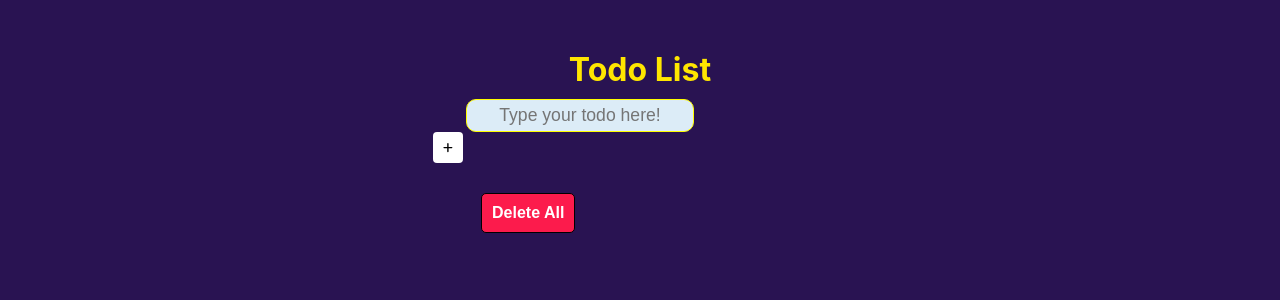
Repository: badhon252/todo-app
Page: /
The author's editor kept a copy of each file at every save. The page is drawn from the files as they stood at one save, then again after the next save.
The browser window is 1280 px wide. The pictures show the whole page.
The project was rebuilt for these pictures with package versions that can differ from the ones it lists, and the page was loaded fresh each time.

Above is the page before, as saved 2022-01-26 22:27:19.

### public/index.html
<!DOCTYPE html>
<html lang="en">

<head>
  <meta charset="utf-8" />
  <link rel="icon" href="%PUBLIC_URL%/favicon.ico" />
  <meta name="viewport" content="width=device-width, initial-scale=1" />
  <meta name="theme-color" content="#000000" />
  <meta name="description" content="Web site created using create-react-app" />
  <link rel="apple-touch-icon" href="%PUBLIC_URL%/logo192.png" />

  <link rel="manifest" href="%PUBLIC_URL%/manifest.json" />

  <link rel="stylesheet" href="https://cdnjs.cloudflare.com/ajax/libs/font-awesome/5.15.4/css/all.min.css"
    integrity="sha512-1ycn6IcaQQ40/MKBW2W4Rhis/DbILU74C1vSrLJxCq57o941Ym01SwNsOMqvEBFlcgUa6xLiPY/NS5R+E6ztJQ=="
    crossorigin="anonymous" referrerpolicy="no-referrer" />
  <title>React App</title>
</head>

<body>
  <noscript>You need to enable JavaScript to run this app.</noscript>
  <div id="root"></div>
  <!--
      This HTML file is a template.
      If you open it directly in the browser, you will see an empty page.

      You can add webfonts, meta tags, or analytics to this file.
      The build step will place the bundled scripts into the <body> tag.

      To begin the development, run `npm start` or `yarn start`.
      To create a production bundle, use `npm run build` or `yarn build`.
    -->
</body>

</html>

### src/App.js
import Todo from "./components/Todo";

function App() {
  return (
    <div className="App">
      <Todo />
    </div>
  );
}

export default App;

### src/components/Todo.js
import React, { useState, useEffect } from "react";
import { FontAwesomeIcon } from "@fortawesome/react-fontawesome";
import { faPlus, faTrash, faEdit } from "@fortawesome/free-solid-svg-icons";
import "../Styles/style.css";

const getLocalData = () => {
  const lists = localStorage.getItem("myTodoLists");

  if (lists) {
    return JSON.parse(lists);
  } else {
    return [];
  }
};

const Todo = () => {
  const [inputItems, setInputItems] = useState("");
  const [todo, setTodo] = useState(getLocalData());
  const [isEditItem, setIsEditItem] = useState("");
  const [toggleButton, setToggleButton] = useState(false);
  //   Adding Items ============
  const addItems = () => {
    if (!inputItems) {
      alert("Your input field is blank!!");
    } else if (inputItems && toggleButton) {
      setTodo(
        todo.map((curElem) => {
          if (curElem.id === isEditItem) {
            return { ...curElem, name: inputItems };
          }
          return curElem;
        })
      );
      setInputItems("");
      setIsEditItem(null);
      setToggleButton(false);
    } else {
      const myNewInput = {
        id: new Date().getTime().toString(),
        name: inputItems,
      };
      setTodo((e) => [...todo, myNewInput]);
      setInputItems("");
    }
  };

  //   edit items =======
  const editItem = (index) => {
    const itemTodoEdited = todo.find((curElem) => {
      return curElem.id === index;
    });
    setInputItems(itemTodoEdited.name);
    setIsEditItem(index);
    setToggleButton(true);
  };

  //   Deleting items ==========

  const handleDelete = (index) => {
    const updateItems = todo.filter((current) => {
      return current.id !== index;
    });
    setTodo(updateItems);
  };

  useEffect(() => {
    localStorage.setItem("myTodoLists", JSON.stringify(todo));
  }, [todo]);

  return (
    <div className="main-div">
      <h1>Todo List</h1>
      <div className="inputs">
        <input
          type="text"
          name=""
          id="input-box"
          placeholder="Type your todo here!"
          value={inputItems}
          onChange={(e) => setInputItems(e.target.value)}
        />
        <div className="icons">
          {toggleButton ? (
            <FontAwesomeIcon
              icon={faEdit}
              className="add-btn edit"
              onClick={addItems}
            />
          ) : (
            <FontAwesomeIcon
              icon={faPlus}
              className="add-btn"
              onClick={addItems}
            />
          )}
        </div>

        {/* <button type="submit" className="add-btn" onClick={addItems}>
          Add
        </button> */}
      </div>
      {/* showing items =============== */}
      <div className="show-items">
        {todo.map((currentItems) => {
          return (
            <div key={currentItems.id}>
              <li className="todo-item">
                {currentItems.name}
                <FontAwesomeIcon
                  icon={faEdit}
                  className="icon edit"
                  onClick={() => editItem(currentItems.id)}
                />
                <FontAwesomeIcon
                  icon={faTrash}
                  className="icon delete"
                  onClick={() => handleDelete(currentItems.id)}
                />
              </li>
            </div>
          );
        })}
        <input
          type="button"
          value="Delete All"
          className="delete-all"
          onClick={() => setTodo([])}
        />
      </div>
    </div>
  );
};

export default Todo;

### src/Styles/style.css
* {
  margin: 0;
  padding: 0;
  background-color: #291352;
}

.main-div {
  padding-top: 50px;
  margin: auto;
  /* text-align: center; */
  width: 23rem;
}
h1 {
  color: #ffe600;
  text-align: center;
}
#input-box {
  color: #000000;
  padding: 5px 0;
  font-size: 1.1rem;
  border: 1px solid yellow;
  background-color: #dcecf7;
  border-radius: 10px;
  text-align: center;
}
.inputs {
  margin: 10px;
}

.add-btn {
  padding: 10px;
  background-color: rgb(255, 255, 255);
  color: rgb(0, 0, 0);
  /* border: 1px solid rgb(0, 0, 0); */
  font-weight: bolder;
  font-size: 0.7rem;
  border-radius: 4px;
  cursor: pointer;
  margin: 0 0 -8px -33px;
}

.icon {
  margin: 0 10px;
  border-radius: 5px;
  cursor: pointer;
  text-align: right;
  /* background-color: rgb(0, 255, 34); */
  /* color: rgb(0, 0, 0); */
  /* border: 1px solid black; */
  /* font-weight: 700; */
}
.todo-item {
  /* background-color: #5b0080; */
  padding: 5px;
  color: white;
  font-size: 20px;
  font-weight: 700;
}

.delete {
  color: red;
}
.edit {
  color: rgb(0, 255, 0);
}

.delete-all {
  background-color: rgb(252, 27, 76);
  color: rgb(255, 255, 255);
  font-weight: 600;
  border: 1px solid black;
  border-radius: 5px;
  font-size: 1rem;
  padding: 10px;
  margin: 25px;
  cursor: pointer;
}
li {
  background-color: #5f00cc;
  margin: 2px;
}

Loaded but not shown: src/index.js (common file); src/index.css (common file); src/reportWebVitals.js (common file)

After the next save:
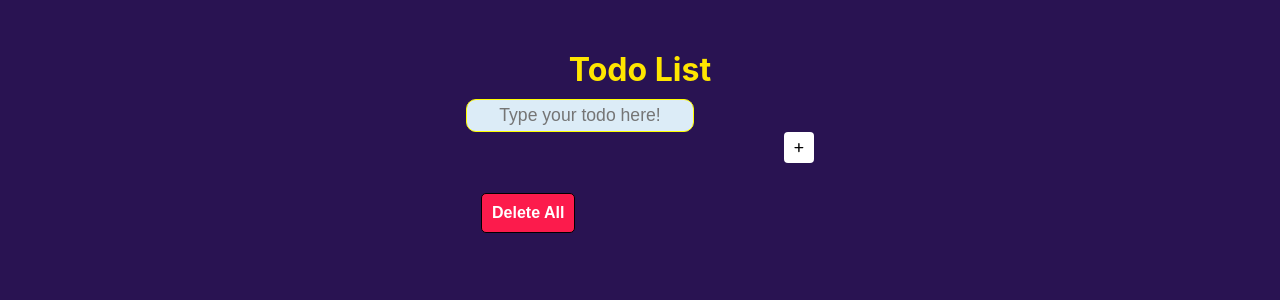
Saved 25 s later.
--- a/src/Styles/style.css
+++ b/src/Styles/style.css
@@ -49,6 +49,9 @@
   /* border: 1px solid black; */
   /* font-weight: 700; */
 }
+.icons {
+  text-align: right;
+}
 .todo-item {
   /* background-color: #5b0080; */
   padding: 5px;

After the save that followed:
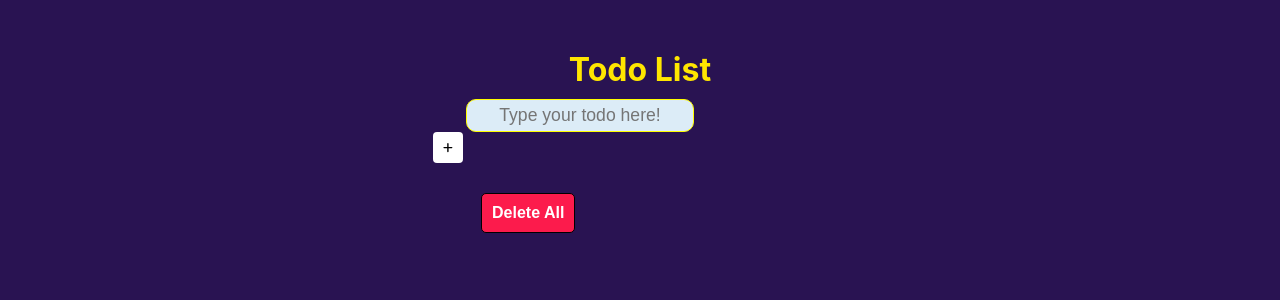
Saved 55 s later.
--- a/src/Styles/style.css
+++ b/src/Styles/style.css
@@ -49,9 +49,6 @@
   /* border: 1px solid black; */
   /* font-weight: 700; */
 }
-.icons {
-  text-align: right;
-}
 .todo-item {
   /* background-color: #5b0080; */
   padding: 5px;
